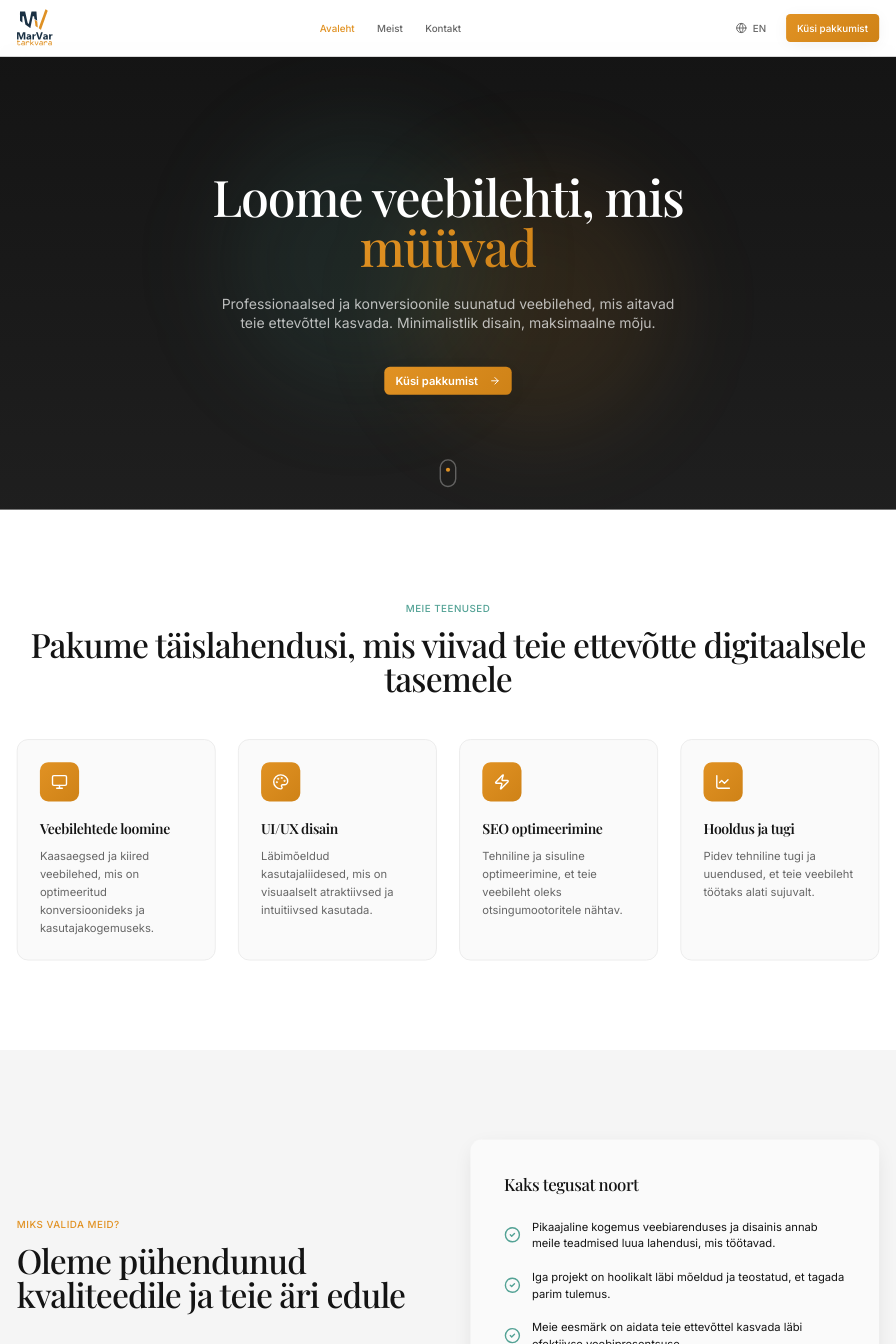
Repository: marvar-tarkvara/MARVAR-LEHT
Page: /
These files come from the project's save history. The page is drawn as it stood at one moment and after the next save; the edit follows.
The browser window is 1280 px wide. The pictures show the part of the page from y = 0 to 1920 px (the page is 2969 px tall), at 70% of full size.
Some web fonts or font styles are not loaded; a fallback is used. The project was rebuilt for these pictures with package versions that can differ from the ones it lists, and the page was loaded fresh each time. The framework's server and built-in components were replaced by stand-ins that run in the browser. Also part of the build but not shown: next.config.ts, components/ui/tooltip.tsx.

Above is the page before, as saved 2026-01-18 22:47:39.

After the next save:
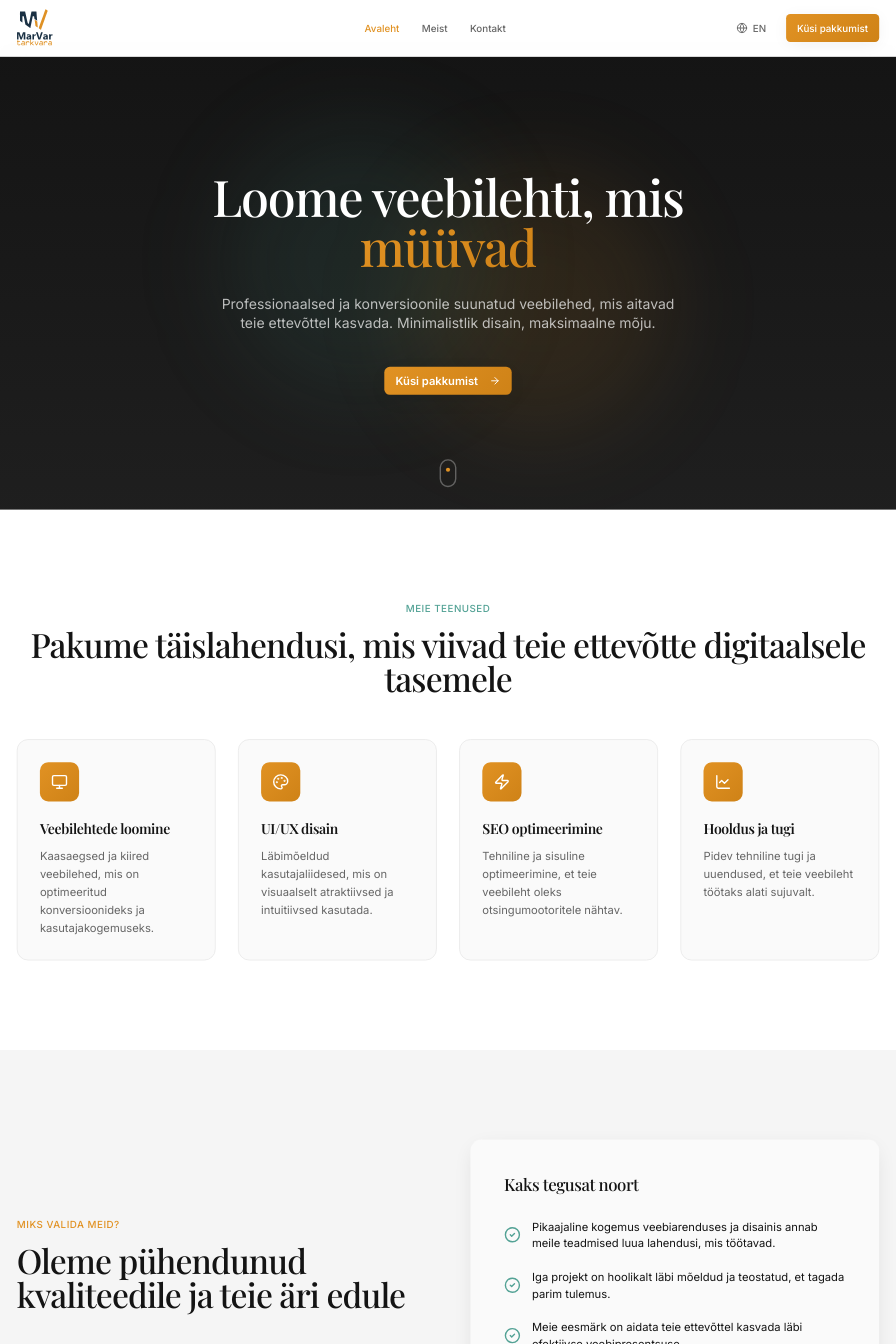
Saved 2 min 50 s later.
--- a/components/layout/Header.tsx
+++ b/components/layout/Header.tsx
@@ -31,12 +31,12 @@
       <div className="container mx-auto px-6">
         <div className="flex items-center justify-between h-20">
           {/* Logo */}
-          <Link href="/">
+          <Link href="/" className="flex-shrink-0 w-[180px]">
             <Image src="/marvar-tarkvara.svg" alt="MarVar logo" width={180} height={50} className="h-14 w-auto" />
           </Link>
 
           {/* Desktop Navigation */}
-          <nav className="hidden md:flex items-center gap-8">
+          <nav className="hidden md:flex items-center justify-center gap-8 flex-1">
             {navLinks.map((link) => (
               <Link
                 key={link.href}
